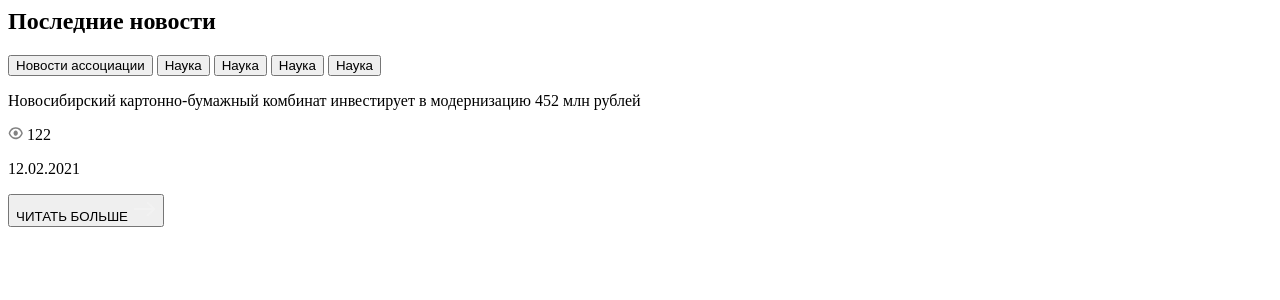
Repository: the-ASAP/League
Page: src/components/news.html
An editor plug-in stored every save of this project. The page is shown before and after the next save, followed by the edit.
The browser window is 1280 px wide. The pictures show the whole page.

Above is the page before, as saved 2021-07-29 11:43:16.

### src/components/news.html
<section class="news">
    <div class="wrapper">
        <h2 class="news__title">Последние новости</h2>
        <div class="news__content">
            <div class="post">
                <div class="post__image">
                    <div class="post__buttons">
                        <button class="post__category">Новости ассоциации</button>
                        <button class="post__category">Наука</button>
                        <button class="post__category">Наука</button>
                        <button class="post__category">Наука</button>
                        <button class="post__category">Наука</button>
                    </div>
                </div>
                <p class="post__title">
                    Новосибирский картонно-бумажный комбинат инвестирует в модернизацию 452 млн рублей
                </p>
                <div class="post__views">
                    <div class="post__count">
                        <svg class="post__icon" width="15" height="13" viewBox="0 0 15 13" fill="none" xmlns="http://www.w3.org/2000/svg">
                            <path d="M7.71386 12.2221C6.54992 12.2397 5.398 11.9343 4.34578 11.3292C3.53015 10.8455 2.79775 10.1774 2.18768 9.36062C1.54148 8.51617 1.03267 7.53061 0.688154 6.45602L0.617188 6.18342L0.691703 5.91082C1.03647 4.83717 1.54418 3.85187 2.18839 3.00622C2.79824 2.18955 3.5304 1.52146 4.34578 1.03762C5.39801 0.432537 6.54992 0.127173 7.71386 0.144762C8.8778 0.127203 10.0297 0.432566 11.0819 1.03762C11.8976 1.52135 12.63 2.18945 13.24 3.00622C13.8875 3.84953 14.3964 4.83539 14.7396 5.91082L14.8105 6.18342L14.736 6.45602C13.6227 9.97897 10.8181 12.2819 7.71386 12.2221ZM7.71386 1.87009C5.29806 1.77807 3.08074 3.48767 2.11955 6.18342C3.08058 8.87933 5.29801 10.589 7.71386 10.4968C10.1296 10.5885 12.3468 8.87901 13.3082 6.18342C12.3482 3.48637 10.1301 1.77613 7.71386 1.87009ZM7.71386 8.77142C6.69004 8.77966 5.80441 7.90648 5.59974 6.68702C5.39507 5.46757 5.92853 4.24244 6.87318 3.76249C7.81782 3.28254 8.90982 3.68181 9.4799 4.7156C10.05 5.7494 9.93893 7.12897 9.21481 8.00882C8.81833 8.49645 8.27787 8.77104 7.71386 8.77142Z" fill="#828282"/>
                        </svg>
                        <span class="post__number">122</span>
                    </div>
                    <p class="post__date">12.02.2021</p>
                </div>
            </div>


        </div>

        <button class="news__button">
            <span>ЧИТАТЬ БОЛЬШЕ</span>
            <svg width="24" height="24" viewBox="0 0 24 24" fill="none" xmlns="http://www.w3.org/2000/svg">
                <path d="M22.7071 12.7071C23.0976 12.3166 23.0976 11.6834 22.7071 11.2929L16.3431 4.92893C15.9526 4.53841 15.3195 4.53841 14.9289 4.92893C14.5384 5.31946 14.5384 5.95262 14.9289 6.34315L20.5858 12L14.9289 17.6569C14.5384 18.0474 14.5384 18.6805 14.9289 19.0711C15.3195 19.4616 15.9526 19.4616 16.3431 19.0711L22.7071 12.7071ZM2 13H22V11H2V13Z" fill="#F2F2F2"/>
            </svg>
        </button>
    </div>
</section>

After the next save:
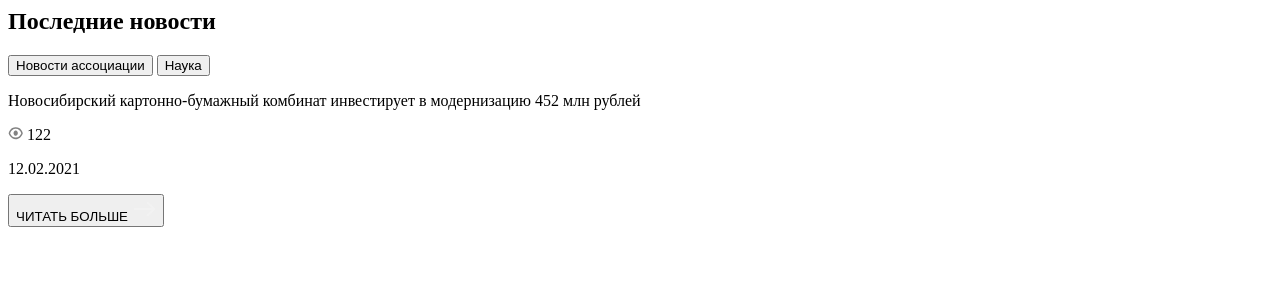
Saved 55 s later.
--- a/src/components/news.html
+++ b/src/components/news.html
@@ -6,9 +6,6 @@
                 <div class="post__image">
                     <div class="post__buttons">
                         <button class="post__category">Новости ассоциации</button>
-                        <button class="post__category">Наука</button>
-                        <button class="post__category">Наука</button>
-                        <button class="post__category">Наука</button>
                         <button class="post__category">Наука</button>
                     </div>
                 </div>
